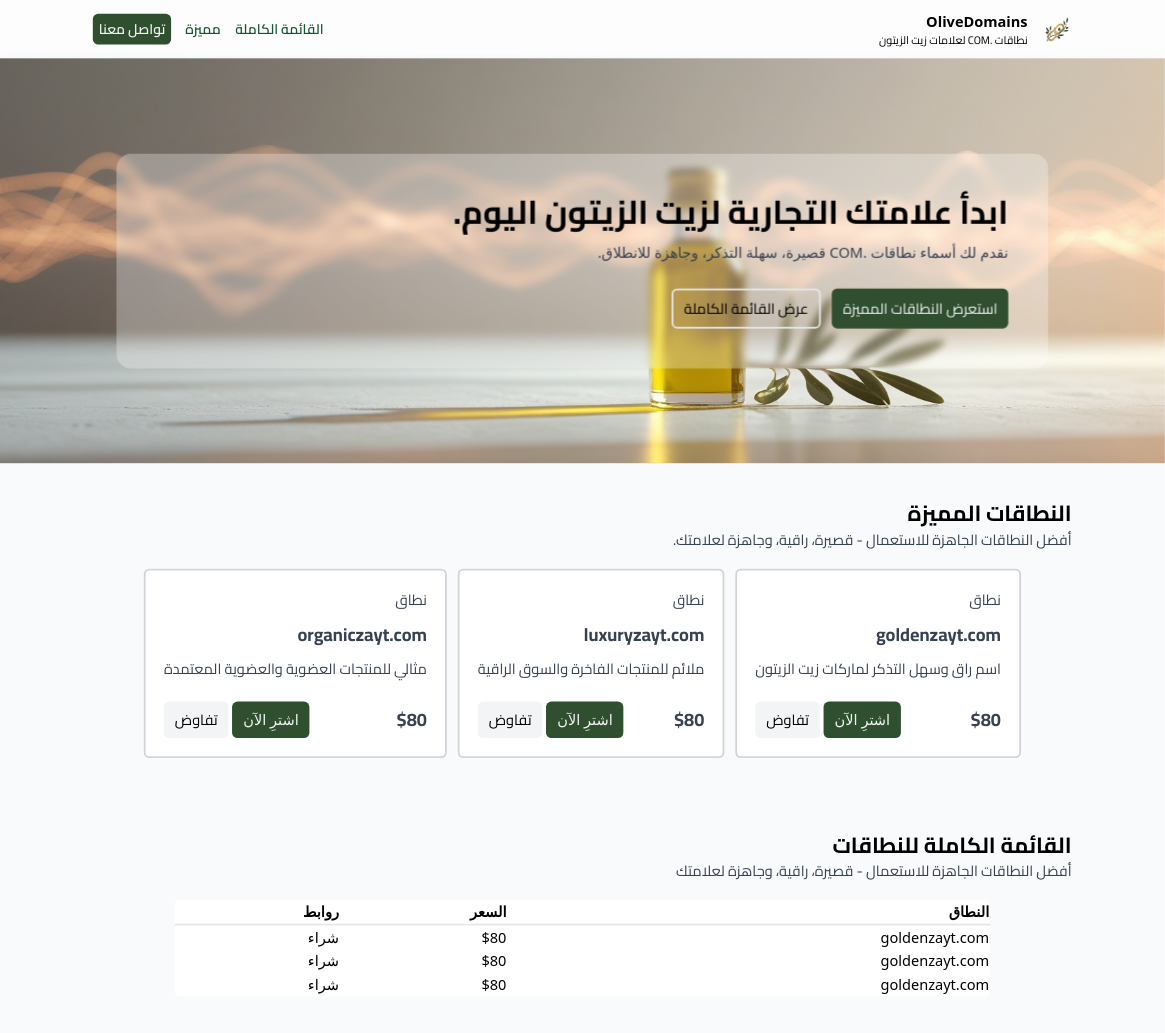
Repository: zakaria-bn05/Olive-oil-domaine-names-english-version
Page: index.html
These files come from the project's save history. The page is drawn as it stood at one moment and after the next save; the edit follows.
The browser window is 1280 px wide. The pictures show the whole page, at 91% of full size.
Some web libraries are served in a nearby version.

Above is the page before, as saved 2025-11-17 11:12:29.

### index.html
<!DOCTYPE html>
<html lang="ar" dir="rtl">

<head>
    <meta charset="UTF-8">
    <meta name="viewport" content="width=device-width, initial-scale=1.0">
    <script src="https://cdn.tailwindcss.com"></script>
    <link href="https://fonts.googleapis.com/css2?family=Cairo:wght@300;400;600;700;800&display=swap" rel="stylesheet">
    <title>Document</title>
    <style>
        .font-cairo {
            font-family: 'Cairo', system-ui, -apple-system, 'Segoe UI', Roboto, sans-serif;
        }

        .nav-link {
            font-size: 0.95rem;
            font-weight: 600;
        }

        .nav-link:hover {
            opacity: 0.92;
        }

        .bg-olive-btn {
            background-color: #2f4f2f;
        }

        .bg-olive-btn:hover {
            filter: contrast(80%);
        }

        .header {
            height: 445px;
            background-image: url('assets/header-picture.jpg');
            background-size: cover;
            background-position: center;
        }
    </style>
</head>

<body class="min-h-screen flex flex-col">
    <main class="font-Cairo w-full flex-1 flex flex-col bg-gray-50 text-gold-dark ">
        <nav
            class="sticky top-0 z-30 bg-white/60 backdrop-blur-sm flex w-full h-16 px-[8%] items-center justify-between gap-1">


            <div class="flex-1 flex justify-start items-center gap-[2%]">
                <img src="assets/logo.png" class=" w-8 " href="#" alt="Website Logo">
                <div>
                    <p class="text-right font-bold">OliveDomains</p>
                    <p class="text-xs font-cairo">نطاقات .COM لعلامات زيت الزيتون</p>
                </div>
            </div>
            <div class="flex items-center gap-4">
                <a href="" class="text-green-900 nav-link font-cairo">القائمة الكاملة</a>
                <a href="" class="text-green-900 nav-link font-cairo">مميزة</a>
                <a href="" class="bg-olive-btn rounded-md p-[6px] text-gray-100 nav-link font-cairo">تواصل معنا</a>
            </div>
        </nav>
        <header class="header flex items-center justify-center z-10 relative ">
            <div class="bg-white rounded-2xl backdrop-blur-sm bg-opacity-30 w-4/5 p-11 flex flex-col gap-3 ">
                <h1 class="font-cairo text-4xl font-bold text-right "> ابدأ علامتك التجارية لزيت الزيتون اليوم.</h1>
                <p class="text-gray-700 text-right text-ms ">
                    نقدم لك أسماء نطاقات .COM قصيرة، سهلة التذكر، وجاهزة للانطلاق.
                </p>
                <div class="flex md:flex-row flex-col gap-3 mt-4 ">
                    <button class="font-cairo bg-olive-btn px-3 py-2 text-gray-100 rounded-md">استعرض النطاقات
                        المميزة</button>
                    <button class="font-cairo px-3 py-2 rounded-md border-2">عرض القائمة
                        الكاملة</button>
                </div>
            </div>
        </header>
        <article class="px-[8%] py-10 margin-10">
            <h1 class="font-cairo text-2xl font-bold">النطاقات المميزة</h1>
            <p class="font-cairo text-xm text-gray-700 ">أفضل النطاقات الجاهزة للاستعمال - قصيرة، راقية، وجاهزة لعلامتك.
            </p>
            <div class="flex gap-3 flex-wrap justify-center">
                <div class="bg-white border-2 border-gray-300 rounded-md p-5 mt-5 w-100 flex flex-col gap-3 ">
                    <p class=" font-cairo text-xm text-gray-700 ">نطاق
                    </p>
                    <p class=" font-cairo text-xl text-gray-700 font-bold ">goldenzayt.com
                    </p>
                    <p class=" font-cairo text-xm text-gray-700 ">اسم راق وسهل التذكر لماركات زيت الزيتون
                    </p>
                    <div class="flex items-center mt-auto w-full justify-between">

                        <p class=" font-cairo text-xl text-gray-700 font-bold mt-3 ">$80</p>
                        <div class="justify-end">
                            <button class="bg-olive-btn px-3 py-2 text-gray-100 rounded-md mt-3">اشترِ الآن
                            </button>
                            <button class="font-cairo bg-olive-btn px-3 py-2 bg-gray-100 rounded-md mt-3"> تفاوض
                            </button>
                        </div>

                    </div>
                </div>
                <div class="bg-white border-2 border-gray-300 rounded-md p-5 w-100 mt-5 flex flex-col gap-3 ">
                    <p class=" font-cairo text-xm text-gray-700 ">نطاق
                    </p>
                    <p class=" font-cairo text-xl text-gray-700 font-bold ">luxuryzayt.com
                    </p>
                    <p class=" font-cairo text-xm text-gray-700 ">ملائم للمنتجات الفاخرة والسوق الراقية
                    </p>
                    <div class="flex items-center mt-auto w-full justify-between">

                        <p class=" font-cairo text-xl text-gray-700 font-bold mt-3 ">$80</p>
                        <div class="justify-end">
                            <button class="bg-olive-btn px-3 py-2 text-gray-100 rounded-md mt-3">اشترِ الآن
                            </button>
                            <button class="font-cairo bg-olive-btn px-3 py-2 bg-gray-100 rounded-md mt-3"> تفاوض
                            </button>
                        </div>

                    </div>
                </div>
                <div class="bg-white border-2 border-gray-300 rounded-md p-5 mt-5 w-100 flex flex-col gap-3 ">
                    <p class=" font-cairo text-xm text-gray-700 ">نطاق
                    </p>
                    <p class=" font-cairo text-xl text-gray-700 font-bold ">organiczayt.com
                    </p>
                    <p class=" font-cairo text-xm text-gray-700 ">مثالي للمنتجات العضوية والعضوية المعتمدة
                    </p>
                    <div class="flex items-center w-full justify-between">

                        <p class=" font-cairo text-xl text-gray-700 font-bold mt-3 ">$80</p>
                        <div class="justify-end mt-auto">
                            <button class="bg-olive-btn px-3 py-2 text-gray-100 rounded-md mt-3">اشترِ الآن
                            </button>
                            <button class="font-cairo bg-olive-btn px-3 py-2 bg-gray-100 rounded-md mt-3"> تفاوض
                            </button>
                        </div>

                    </div>
                </div>
        </article>
        <article class="px-[8%] py-10 margin-10">
            <h1 class="font-cairo text-2xl font-bold"> القائمة الكاملة للنطاقات</h1>
            <p class="font-cairo text-xm text-gray-700 ">أفضل النطاقات الجاهزة للاستعمال - قصيرة، راقية، وجاهزة لعلامتك
            </p>
            <div class="flex justify-center w-full">
                <table class=" w-5/6 text-right mt-5 bg-white p-5 rounded-md">
                    <tr class="border-b-2 p-5">
                        <th>النطاق</th>
                        <th>السعر</th>
                        <th>روابط</th>
                    </tr>
                    <tr>
                        <td>goldenzayt.com</td>
                        <td>$80</td>
                        <td><a href=""> شراء</a></td>
                    </tr>
                    <tr>
                        <td>goldenzayt.com</td>
                        <td>$80</td>
                        <td><a href=""> شراء</a></td>
                    </tr>
                    <tr>
                        <td>goldenzayt.com</td>
                        <td>$80</td>
                        <td><a href=""> شراء</a></td>
                    </tr>
                </table>
            </div>

        </article>
    </main>
</body>

</html>

After the next save:
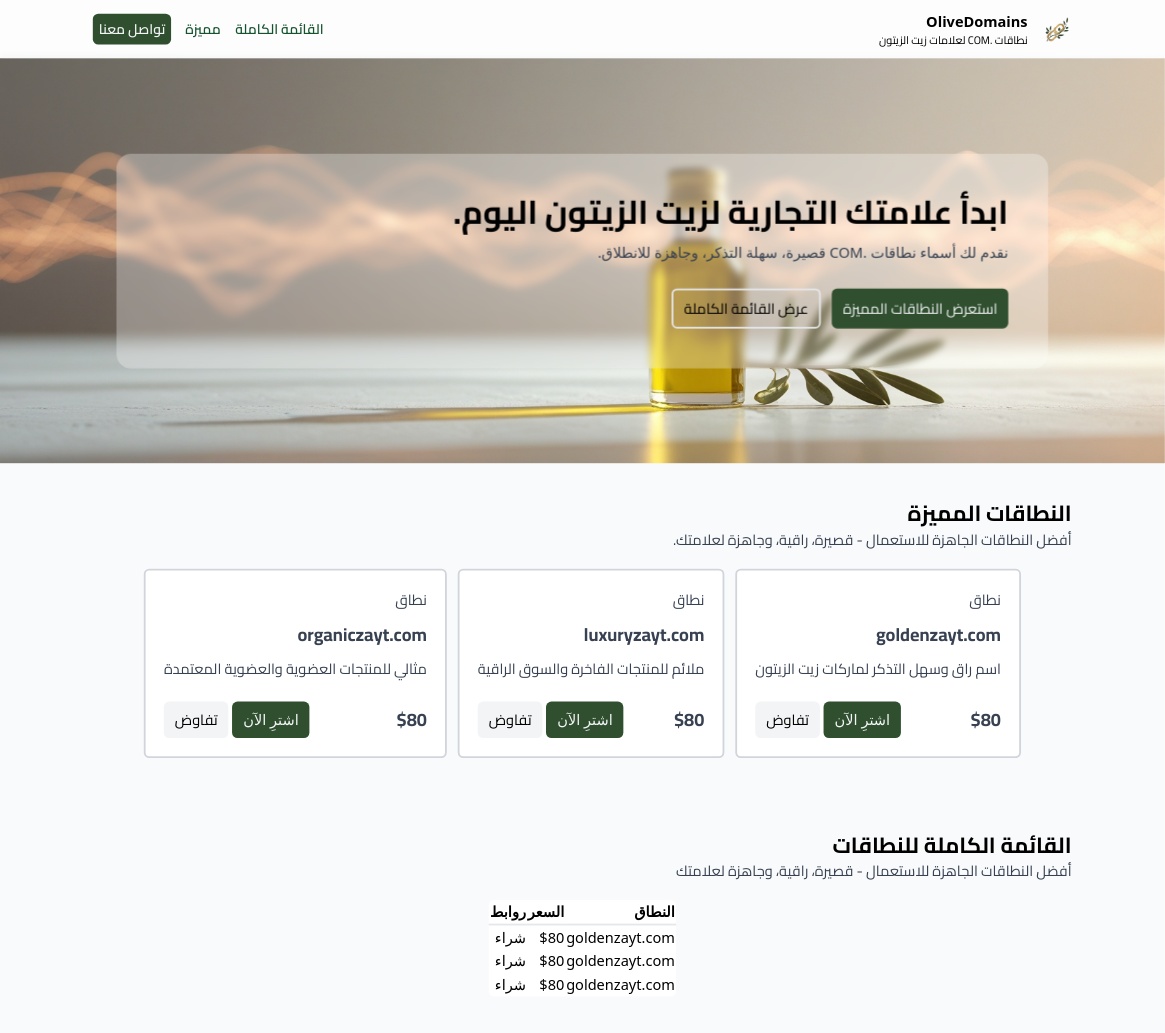
Saved 18 s later.
--- a/index.html
+++ b/index.html
@@ -139,7 +139,7 @@
             <p class="font-cairo text-xm text-gray-700 ">أفضل النطاقات الجاهزة للاستعمال - قصيرة، راقية، وجاهزة لعلامتك
             </p>
             <div class="flex justify-center w-full">
-                <table class=" w-5/6 text-right mt-5 bg-white p-5 rounded-md">
+                <table class="text-right mt-5 bg-white p-5 rounded-md">
                     <tr class="border-b-2 p-5">
                         <th>النطاق</th>
                         <th>السعر</th>

After the save that followed:
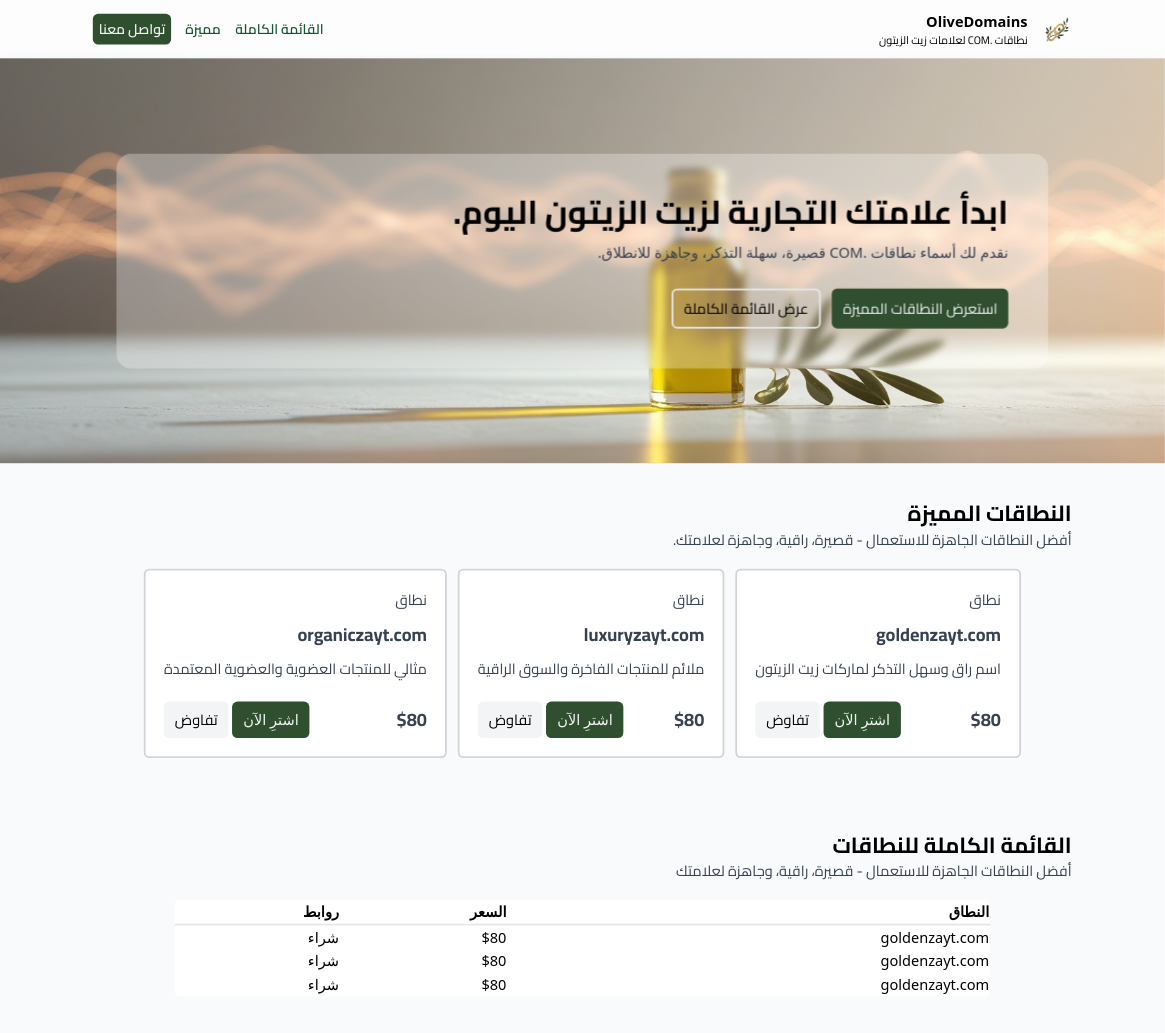
Saved 11 s later.
--- a/index.html
+++ b/index.html
@@ -139,7 +139,7 @@
             <p class="font-cairo text-xm text-gray-700 ">أفضل النطاقات الجاهزة للاستعمال - قصيرة، راقية، وجاهزة لعلامتك
             </p>
             <div class="flex justify-center w-full">
-                <table class="text-right mt-5 bg-white p-5 rounded-md">
+                <table class=" w-5/6 text-right mt-5 bg-white p-5 rounded-md">
                     <tr class="border-b-2 p-5">
                         <th>النطاق</th>
                         <th>السعر</th>
